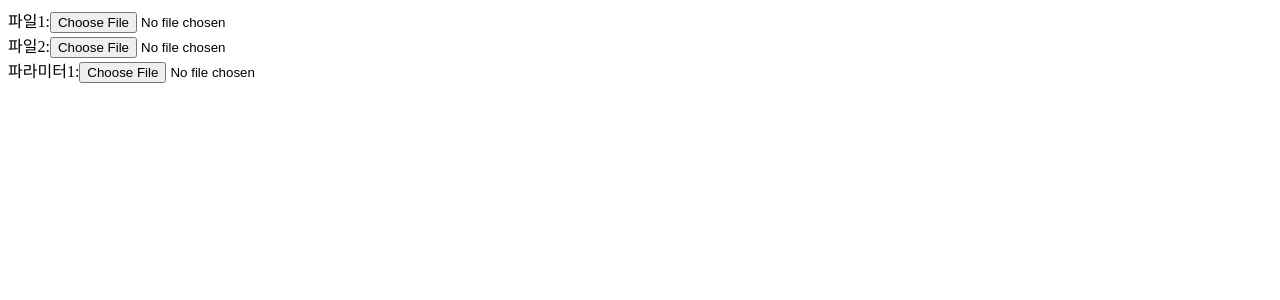
Repository: Yusubin/workEx
Page: http://localhost/project06/uploadForm.jsp
These files come from the project's save history. The page is drawn as it stood at one moment and after the next save; the edit follows.
The browser window is 1280 px wide. The pictures show the whole page.
The page is served by Tomcat 9.

Above is the page before, as saved 2022-02-10 08:08:13.

### project06/src/main/webapp/uploadForm.jsp
<%@ page language="java" contentType="text/html; charset=UTF-8"
    pageEncoding="UTF-8"%>
<%@ taglib prefix="c" uri="http://java.sun.com/jsp/jstl/core" %>
<%@ taglib prefix="fmt" uri="http://java.sun.com/jsp/jstl/fmt" %>
<c:set var="contextPath" value="${pageContext.request.contextPath}"/>

<!DOCTYPE html>
<html>
<head>
<meta charset="UTF-8">
<title>File Upload</title>
</head>
<body>
	<form action ="${contextPath}/upload" method="post" enctype="multipart/form-data">
		파일1:<input type="file" name="file1"><br>
		파일2:<input type="file" name="file2"><br>
		파라미터1:<input type="file" name="file1"><br>
	</form>
</body>
</html>

After the next save:
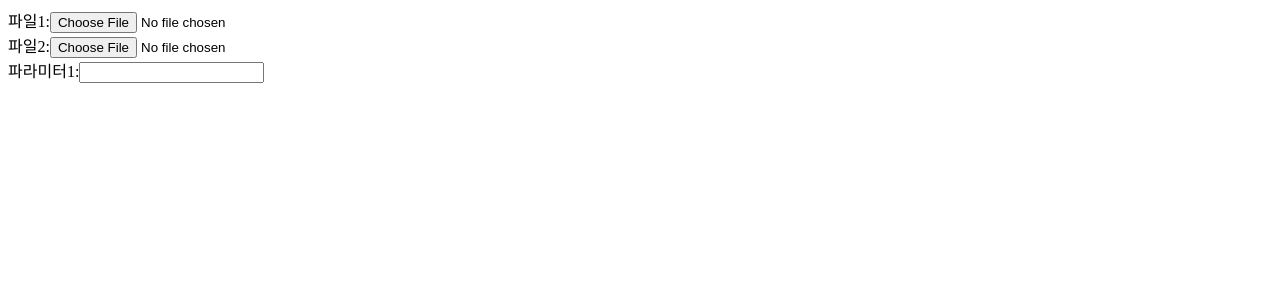
Saved 10 s later.
--- a/project06/src/main/webapp/uploadForm.jsp
+++ b/project06/src/main/webapp/uploadForm.jsp
@@ -14,7 +14,7 @@
 	<form action ="${contextPath}/upload" method="post" enctype="multipart/form-data">
 		파일1:<input type="file" name="file1"><br>
 		파일2:<input type="file" name="file2"><br>
-		파라미터1:<input type="file" name="file1"><br>
+		파라미터1:<input type="text" name="file1"><br>
 	</form>
 </body>
 </html>
